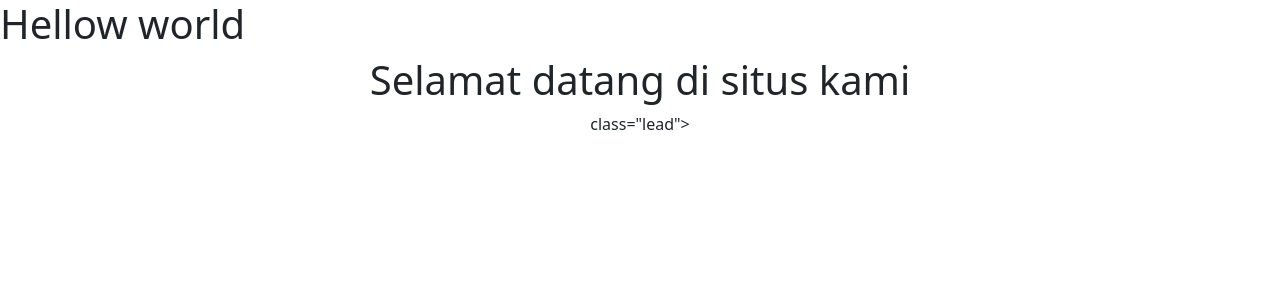
Repository: aryowisang/mbg
Page: latihan-24.html
These files come from the project's save history. The page is drawn as it stood at one moment and after the next save; the edit follows.
The browser window is 1280 px wide. The pictures show the whole page.

Above is the page before, as saved 2026-04-30 13:57:44.

After the next save:
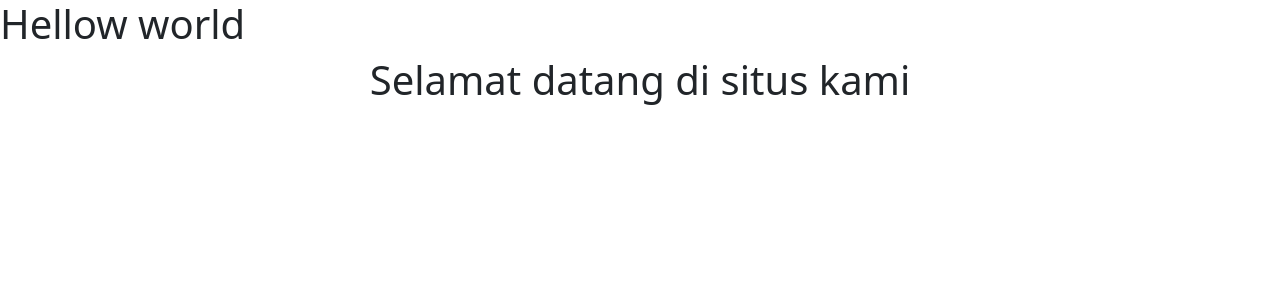
Saved 9 s later.
--- a/latihan-24.html
+++ b/latihan-24.html
@@ -12,7 +12,7 @@
     <section id="hero" class="hero text-center">
         <div class="container fade-line-up">
             <h1>Selamat datang di situs kami</h1>
-            <p> class="lead"></p>
+            <p class="lead"></p>
     </section>
 </body>
 </html>
